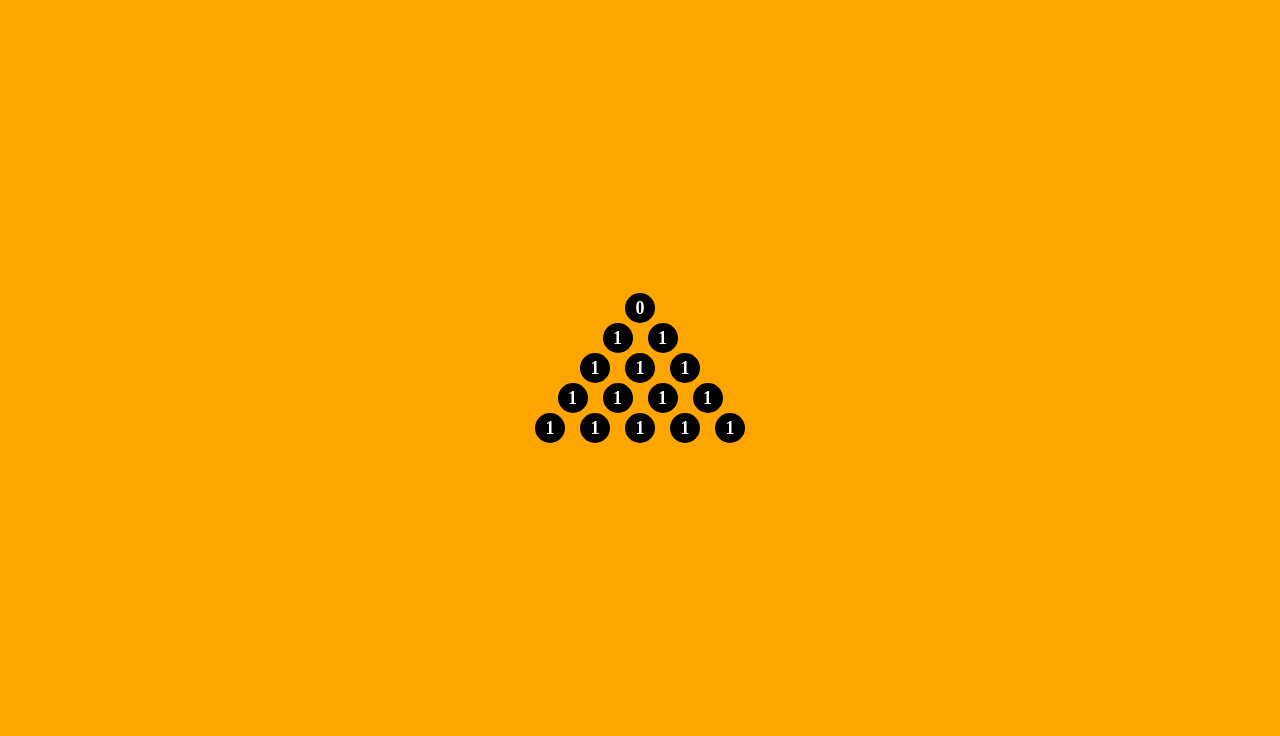
Repository: Yash19075/Mathematical-Peg-game
Page: Peg-game.html
The author's editor kept a copy of each file at every save. The page is drawn from the files as they stood at one save, then again after the next save.
The browser window is 1280 px wide. The pictures show the whole page.

Above is the page before, as saved 2025-03-15 12:11:30.

After the next save:
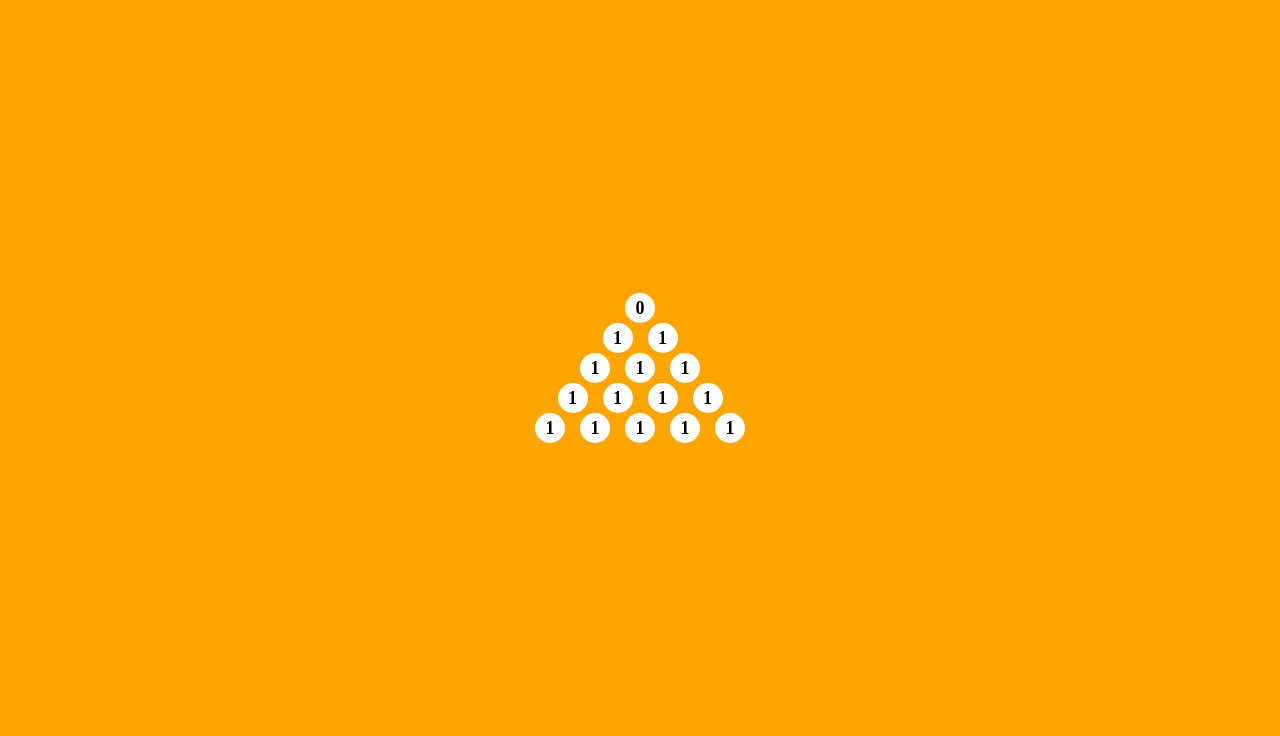
Saved 19 s later.
--- a/Peg-game.css
+++ b/Peg-game.css
@@ -20,8 +20,8 @@ body {
 
 .peg{
     border-radius: 50%;
-    background-color: black;
-    color: white;
+    background-color: white;
+    /* color: white; */
     width: 30px;
     align-items: center;
     height: 30px;
